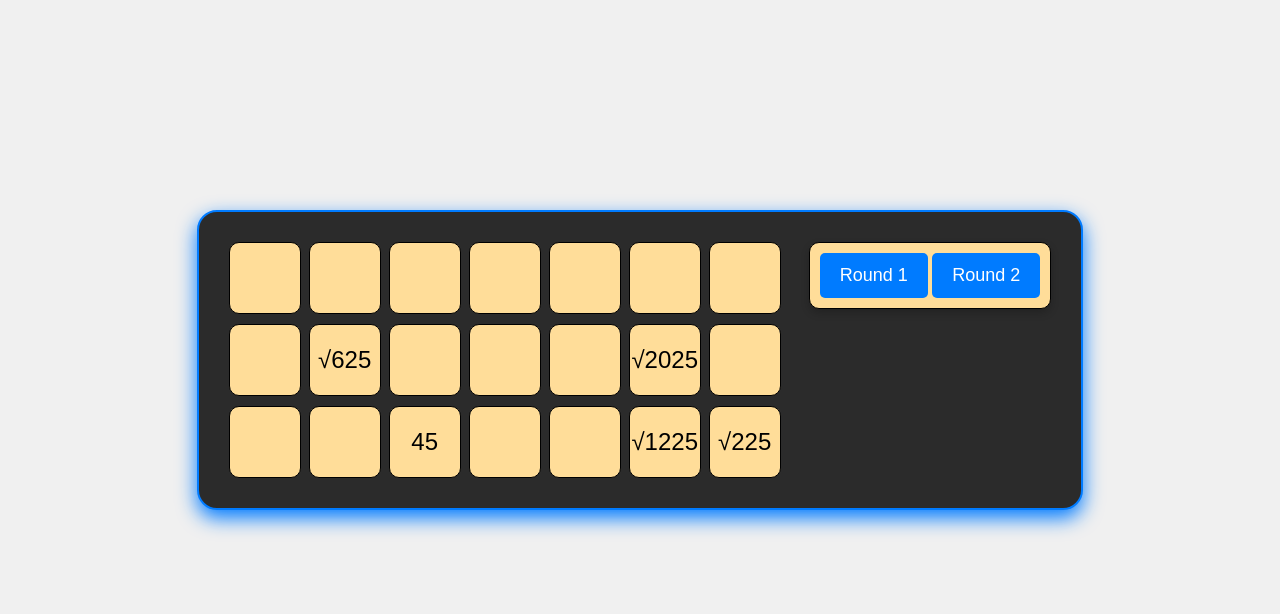
Repository: radisyah/THE_BRAIN_STORM
Page: Broken Link.html
The author's editor kept a copy of each file at every save. The page is drawn from the files as they stood at one save, then again after the next save.
The browser window is 1280 px wide. The pictures show the whole page.

Above is the page before, as saved 2024-11-09 12:49:39.

After the next save:
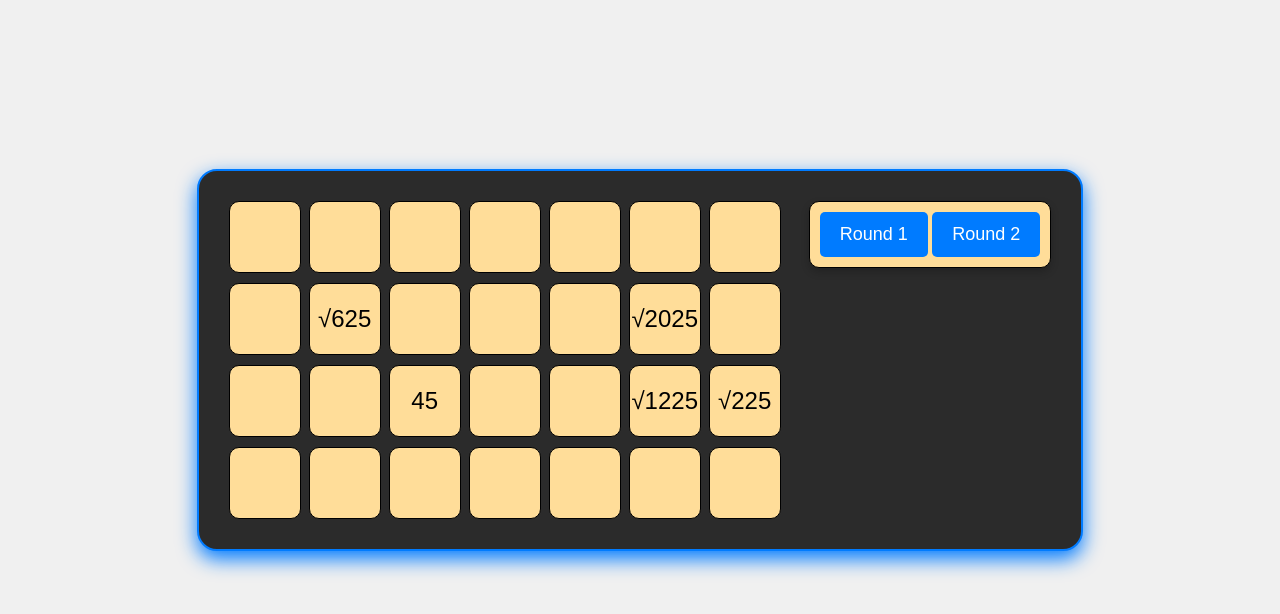
Saved 25 s later.
--- a/Broken Link.html
+++ b/Broken Link.html
@@ -158,6 +158,15 @@
         { number: 20, hasNumber: '√1225' },
         { number: 21, hasNumber: '√225' },
 
+        { number: 22, hasNumber: false },
+        { number: 23, hasNumber: false },
+        { number: 24, hasNumber: false },
+        { number: 25, hasNumber: false },
+        { number: 26, hasNumber: false },
+        { number: 27, hasNumber: false },
+        { number: 28, hasNumber: false },
+
+
     ];
 
     const correctPaths = [
